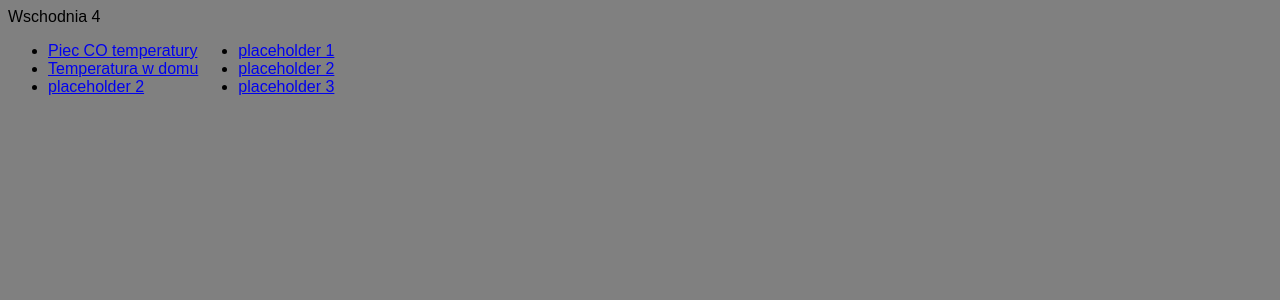
Repository: findryDev/flaskRestAPI
Page: templates/index.html
These files come from the project's save history. The page is drawn as it stood at one moment and after the next save; the edit follows.
The browser window is 1280 px wide. The pictures show the whole page.
The template is drawn by Flask 3. The application's start-up code is not run. The template is opened directly, without the code that normally fills it, so the values that code supplies are empty.

Above is the page before, as saved 2021-04-26 08:45:28.

After the next save:
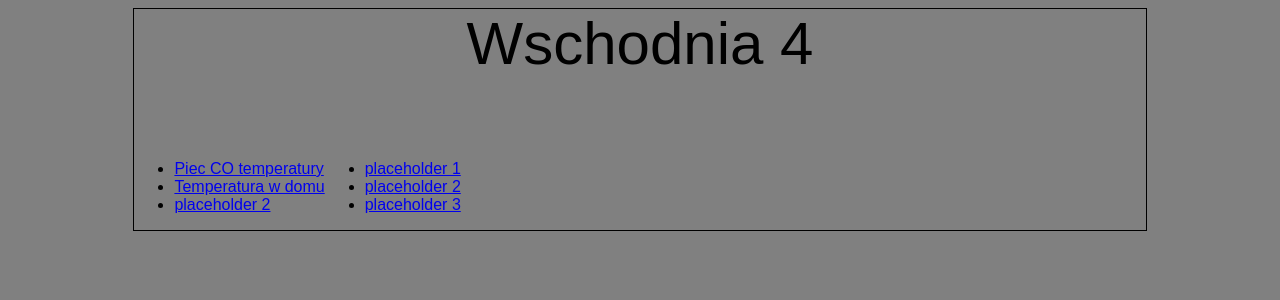
Saved 20 s later.
--- a/templates/index.html
+++ b/templates/index.html
@@ -8,8 +8,8 @@
 
 </head>
 <body>
-    <div id="container">
-        <div id="title">Wschodnia 4</div>
+    <div class="container">
+        <div class="title">Wschodnia 4</div>
         <div class="main">
             <div class="temperatureList">
                 <ul>
